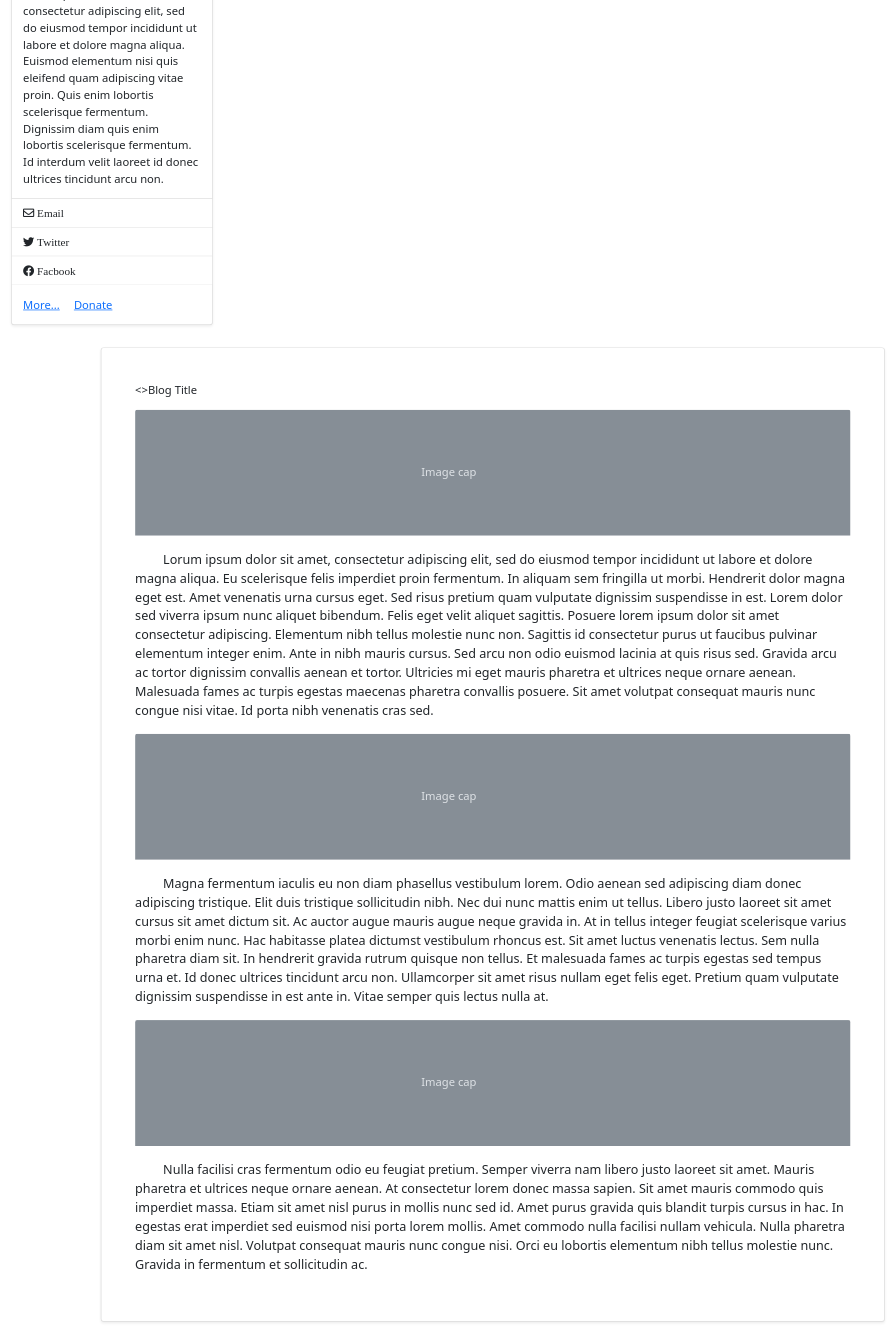
Repository: LublubXT/Azi-Tec-Team
Page: views/templates/blogs/personalblog/home.html
The author's editor kept a copy of each file at every save. The page is drawn from the files as they stood at one save, then again after a run of saves.
The browser window is 1280 px wide. The pictures show the part of the page from y = 986 to 2906 px (the page is 2890 px tall before and 2906 px after), at 70% of full size.

Above is the page before, as saved 2021-03-11 09:27:21.

After the next 3 saves:
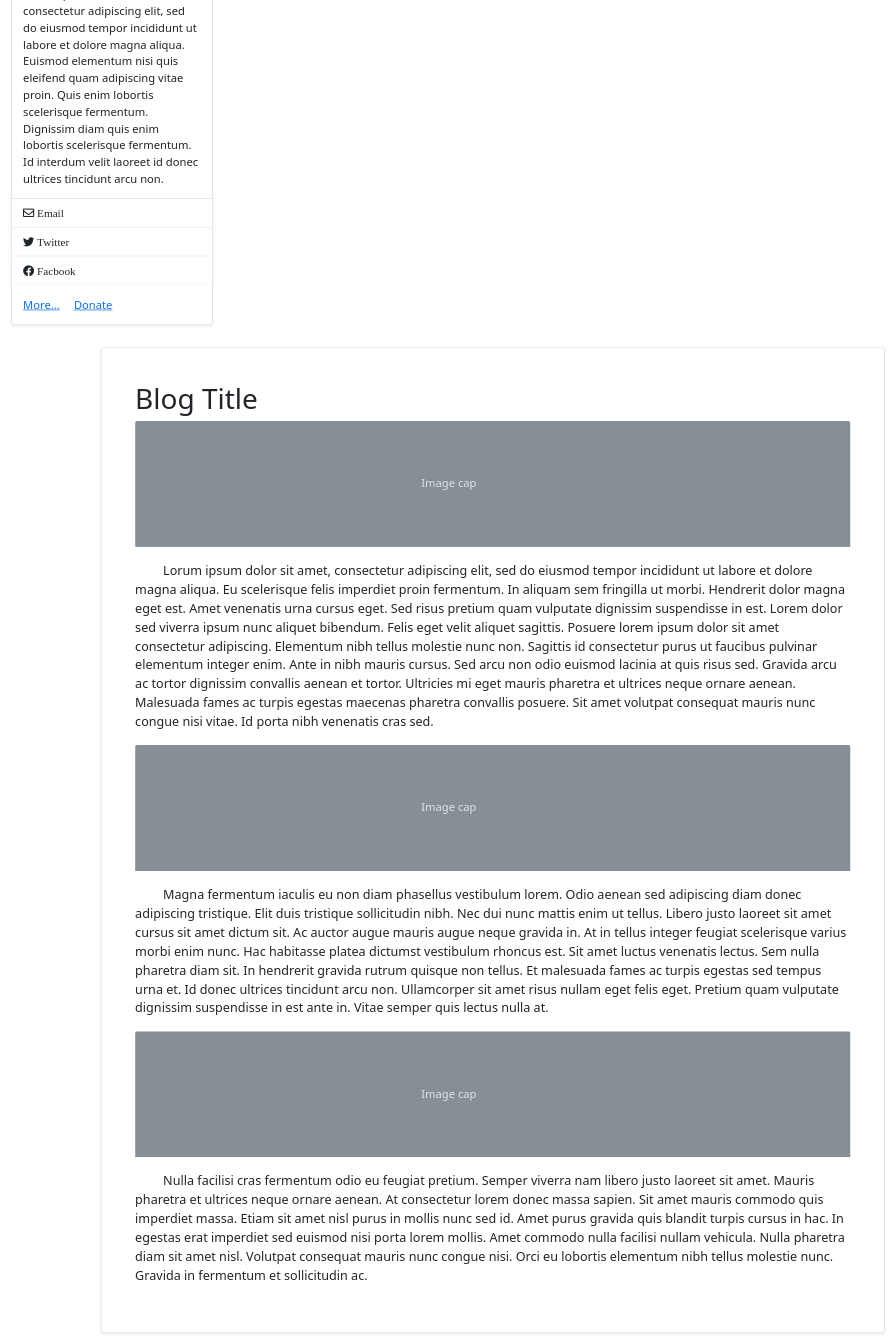
The 3 saves are shown as one change because they came seconds apart.
The last was saved 22 s later.
--- a/views/templates/blogs/personalblog/home.html
+++ b/views/templates/blogs/personalblog/home.html
@@ -70,7 +70,7 @@
                 </div>
             </div>
             <div class="card mx-3 my-3 float-end shadow-sm p-5" style="width: 70rem; height: auto;">
-                <>Blog Title</p>
+                <h1>Blog Title</h1>
                 <svg class="bd-placeholder-img card-img-top" width="100%" height="180"
                     xmlns="http://www.w3.org/2000/svg" role="img" aria-label="Placeholder: Image cap"
                     preserveAspectRatio="xMidYMid slice" focusable="true">
@@ -79,6 +79,7 @@
                         dy=".3em">Image
                         cap</text>
                 </svg>
+                <p
                 <p class="text-dark main_p"><span class="tab"></span> Lorum ipsum dolor sit amet, consectetur adipiscing
                     elit,
                     sed do eiusmod
